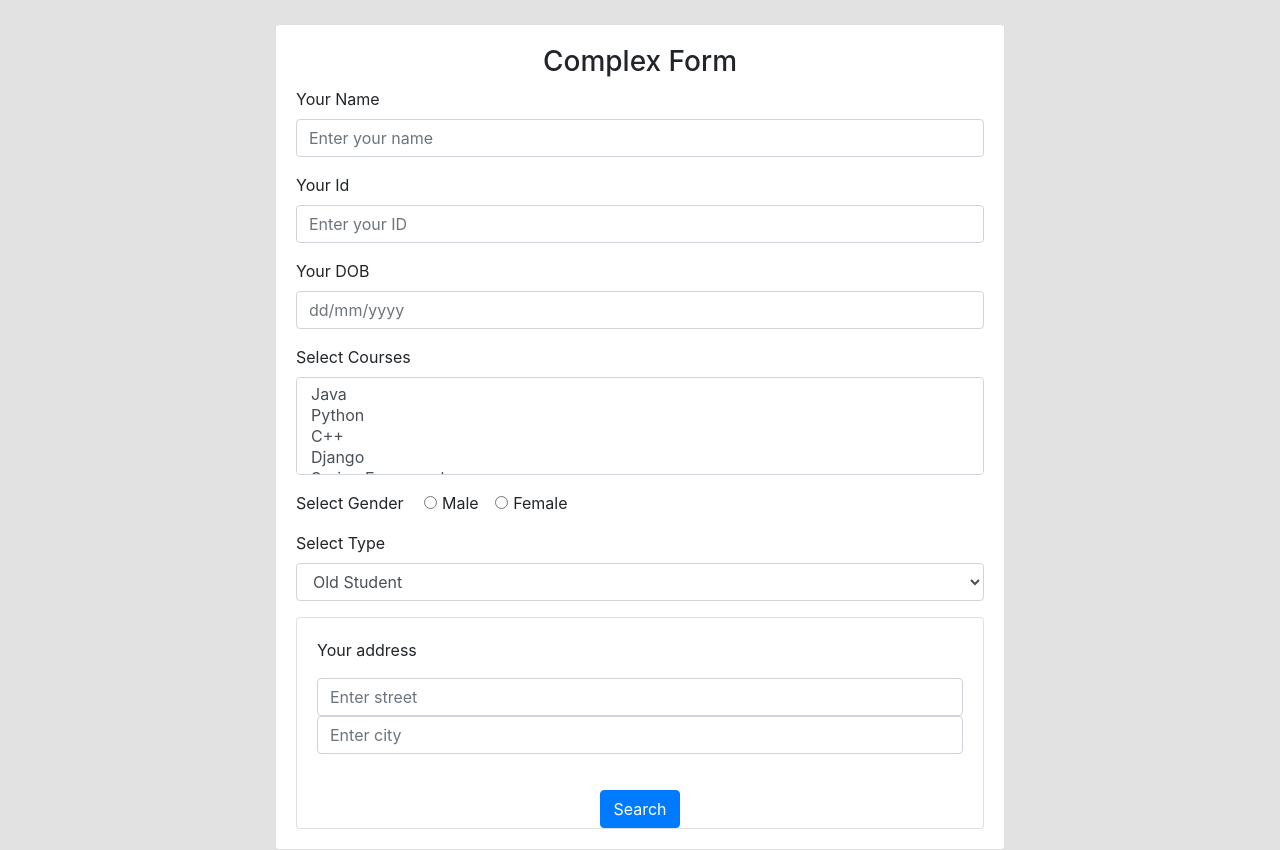
Repository: GovindParve/spring_mvc_maven_search_project
Page: http://localhost/springmvcsearch/complex
These files come from the project's save history. The page is drawn as it stood at one moment and after the next save; the edit follows.
The browser window is 1280 px wide. The pictures show the whole page.
Some web libraries are served in a nearby version. The page is served by Tomcat 9. Other server files are loaded and not shown.

Above is the page before, as saved 2023-06-18 10:09:07.

### springmvcsearch/src/main/webapp/WEB-INF/spring-servlet.xml
<?xml version="1.0" encoding="UTF-8"?>

<!-- Configuration file -->

<beans xmlns="http://www.springframework.org/schema/beans"
	xmlns:xsi="http://www.w3.org/2001/XMLSchema-instance"
	xmlns:context="http://www.springframework.org/schema/context"
	xmlns:p="http://www.springframework.org/schema/p"
	xmlns:tx="http://www.springframework.org/schema/tx"
    xsi:schemaLocation="
        http://www.springframework.org/schema/beans
        http://www.springframework.org/schema/beans/spring-beans.xsd
        http://www.springframework.org/schema/context
        http://www.springframework.org/schema/context/spring-context.xsd
        http://www.springframework.org/schema/tx
        http://www.springframework.org/schema/tx/spring-tx.xsd
        ">


	<context:component-scan base-package="springmvcsearch"></context:component-scan>


	<bean
		 class="org.springframework.web.servlet.view.InternalResourceViewResolver"
		 name="viewResolver">
		<property name="prefix" value="/WEB-INF/views/" />
		<property name="suffix" value=".jsp" />

	</bean>



</beans>

### springmvcsearch/src/main/webapp/WEB-INF/views/complex_form.jsp
<!doctype html>
<html lang="en">
  <head>
    <!-- Required meta tags -->
    <meta charset="utf-8">
    <meta name="viewport" content="width=device-width, initial-scale=1, shrink-to-fit=no">

    <!-- Bootstrap CSS -->
    <link rel="stylesheet"
    	 href="https://cdn.jsdelivr.net/npm/bootstrap@4.0.0/dist/css/bootstrap.min.css"
    	 integrity="sha384-Gn5384xqQ1aoWXA+058RXPxPg6fy4IWvTNh0E263XmFcJlSAwiGgFAW/dAiS6JXm"
    	 crossorigin="anonymous">

    <title>Hello, world!</title>
  </head>
  <body class="" style="background: #e2e2e2;">
    <div class="container mt-4">
    	<div class="row">
    		<div class="col-md-8 offset-md-2">
    			<div class="card">
    				<div class="card-body">
    					<h3 class="text-center">Complex Form</h3>
    					<form action="handleform" method="post">
    						<div class="form-group">
    							<label for="name">Your Name</label>
    							<input type="text" id="name" name="name" placeholder="Enter your name" class="form-control" />
    						</div>
    						<div class="form-group">
    							<label for="id">Your Id</label>
    							<input type="text" id="id" name="id" placeholder="Enter your ID" class="form-control" />
    						</div>
    						<div class="form-group">
    							<label for="dob">Your DOB</label>
    							<input type="text" id="dob" name="dob" placeholder="dd/mm/yyyy" class="form-control" />
    						</div>
    						<div class="form-group">
    							<label for="selectCourses">Select Courses</label>
    							<select id="courses" name="courses" class="form-control" multiple="multiple">
    								<option>Java</option>
    								<option>Python</option>
    								<option>C++</option>
    								<option>Django</option>
    								<option>Spring Framework</option>
    							</select>
    						</div>
    						<div class="form-group">
    							<span class="mr-3">Select Gender</span>
    							<div class="form-check form-check-inline">
    								<input class="form-check-input" type="radio" id="inlineRadio1" name="gender" value="male">
    								<label class="form-check-label" for="inlineRadio1">Male</label>
    							</div>
    							<div class="form-check form-check-inline">
    								<input class="form-check-input" type="radio" id="inlineRadio2" name="gender" value="female">
    								<label class="form-check-label" for="inlineRadio2">Female</label>
    							</div>
    						</div>
    						<div class="form-group">
    							<label for="">Select Type</label>
    							<select id="type" name="type" class="form-control">
    								<option value="oldstudent">Old Student</option>
    								<option value="normalstudent">Normal Student</option>
    							</select>
    						</div>
    						<div class="card">
    							<div class="card-body">
    							<p>Your address</p>
    							<div class="form-group">
    								<input type="text" id="street" name="street" placeholder="Enter street" class="form-control" />
    								<input type="text" id="city" name="city" placeholder="Enter city" class="form-control" />
    							</div>
    						</div>
    						<div class="container text-center">
    							<button type="submit" class="btn btn-primary">Search</button>
    						</div>
    					</form>
    				</div>
    			</div>
    		</div>
    	</div>
    </div>

    <!-- Optional JavaScript -->
    <!-- jQuery first, then Popper.js, then Bootstrap JS -->
    <script src="https://code.jquery.com/jquery-3.2.1.slim.min.js" integrity="sha384-KJ3o2DKtIkvYIK3UENzmM7KCkRr/rE9/Qpg6aAZGJwFDMVNA/GpGFF93hXpG5KkN" crossorigin="anonymous"></script>
    <script src="https://cdn.jsdelivr.net/npm/popper.js@1.12.9/dist/umd/popper.min.js" integrity="sha384-ApNbgh9B+Y1QKtv3Rn7W3mgPxhU9K/ScQsAP7hUibX39j7fakFPskvXusvfa0b4Q" crossorigin="anonymous"></script>
    <script src="https://cdn.jsdelivr.net/npm/bootstrap@4.0.0/dist/js/bootstrap.min.js" integrity="sha384-JZR6Spejh4U02d8jOt6vLEHfe/JQGiRRSQQxSfFWpi1MquVdAyjUar5+76PVCmYl" crossorigin="anonymous"></script>
  </body>
</html>

### springmvcsearch/src/main/java/springmvcsearch/FormControler.java
package springmvcsearch;

import org.springframework.stereotype.Controller;
import org.springframework.ui.Model;
import org.springframework.web.bind.annotation.ModelAttribute;
import org.springframework.web.bind.annotation.RequestMapping;
import org.springframework.web.bind.annotation.RequestMethod;
import org.springframework.web.bind.annotation.RequestParam;

@Controller
public class FormControler {

	@RequestMapping("/complex")
	public String showForm() {
		return "complex_form";
	}


	@RequestMapping(path="/handleform", method = RequestMethod.POST)
	public String formHandler(@ModelAttribute("student") Student student) {
		System.out.println(student);
		return "success";
	}

	@RequestMapping("/success")
	public String success() {
		return "success";
	}




}

### springmvcsearch/src/main/java/springmvcsearch/SearchController.java
package springmvcsearch;

import org.springframework.stereotype.Controller;
import org.springframework.web.bind.annotation.RequestMapping;
import org.springframework.web.bind.annotation.RequestParam;
import org.springframework.web.servlet.view.RedirectView;

@Controller
public class SearchController {


	@RequestMapping("/home")
	public String home()
	{
		System.out.println("going to home");
		return "home";
	}


	@RequestMapping("/search")
	public RedirectView search(@RequestParam("querybox") String query) {


		RedirectView redirectView = new RedirectView();

		if(query.isEmpty()) {
			System.out.println("Query is empty");
			redirectView.setUrl("home");
			return redirectView;
		}

		String url = "https://www.google.com/search?q="+query;


		redirectView.setUrl(url);

		return redirectView;

	}

}

### springmvcsearch/src/main/java/springmvcsearch/Student.java
package springmvcsearch;

import java.util.Date;
import java.util.List;

import org.springframework.format.annotation.DateTimeFormat;

public class Student {

	private String name;
	private Long id;
	@DateTimeFormat(pattern="dd/MM/yyy")
	private Date dob;
	private List<String> courses;
	private String gender;
	private String type;

	private Address address;

	public String getName() {
		return name;
	}
	public void setName(String name) {
		this.name = name;
	}
	public Long getId() {
		return id;
	}
	public void setId(Long id) {
		this.id = id;
	}
	public Date getDob() {
		return dob;
	}
	public void setDob(Date dob) {
		this.dob = dob;
	}
	public List<String> getCourses() {
		return courses;
	}
	public void setCourses(List<String> courses) {
		this.courses = courses;
	}
	public String getGender() {
		return gender;
	}
	public void setGender(String gender) {
		this.gender = gender;
	}
	public String getType() {
		return type;
	}
	public void setType(String type) {
		this.type = type;
	}
	@Override
	public String toString() {
		return "Student [name=" + name + ", id=" + id + ", dob=" + dob + ", courses=" + courses + ", gender=" + gender
				+ ", type=" + type + "]";
	}

}

After the next save:
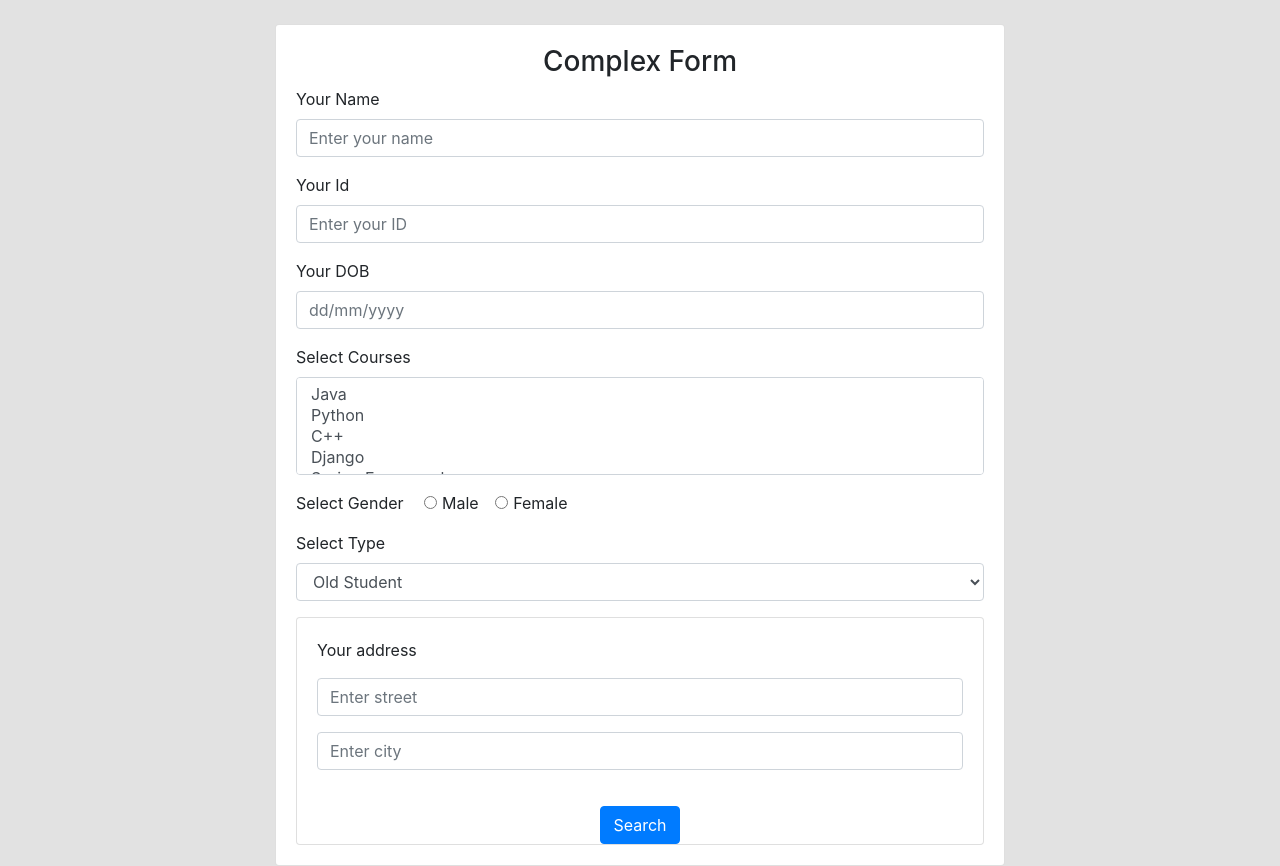
Saved 43 s later.
--- a/springmvcsearch/src/main/webapp/WEB-INF/views/complex_form.jsp
+++ b/springmvcsearch/src/main/webapp/WEB-INF/views/complex_form.jsp
@@ -66,6 +66,8 @@
     							<p>Your address</p>
     							<div class="form-group">
     								<input type="text" id="street" name="street" placeholder="Enter street" class="form-control" />
+    							</div>
+    							<div class="form-group">
     								<input type="text" id="city" name="city" placeholder="Enter city" class="form-control" />
     							</div>
     						</div>
